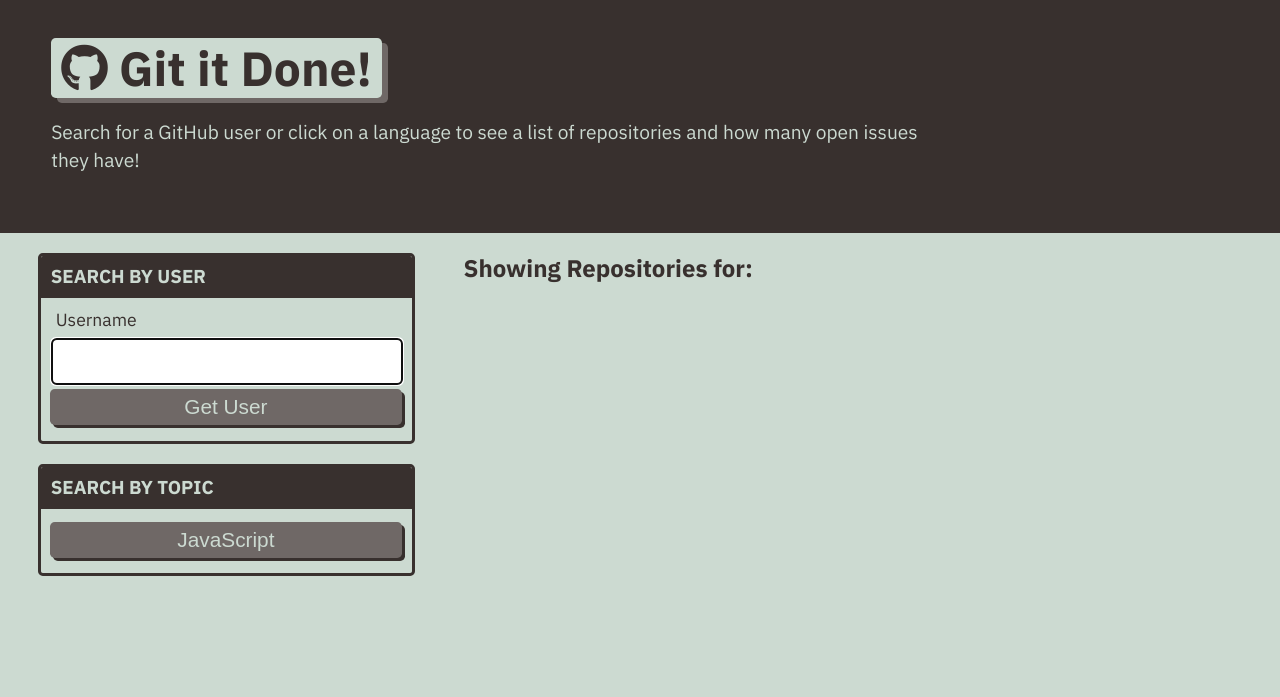
Repository: Brookethorson/git-it-done
Page: index.html
These files come from the project's save history. The page is drawn as it stood at one moment and after the next save; the edit follows.
The browser window is 1280 px wide. The pictures show the whole page.
Some web libraries are served in a nearby version.

Above is the page before, as saved 2021-09-04 17:42:14.

After the next save:
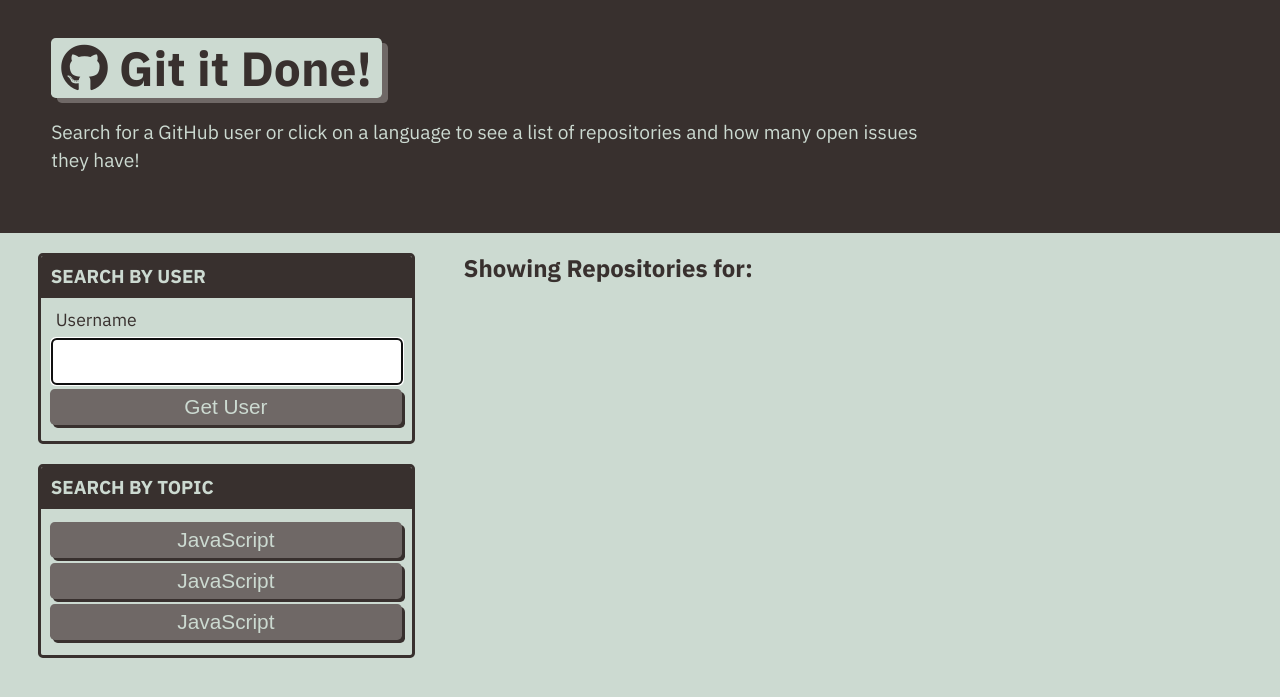
Saved 19 s later.
--- a/index.html
+++ b/index.html
@@ -35,6 +35,8 @@
         <h3 class="card-header text-uppercase">Search By Topic</h3>
         <div class="card-body" id="langauge-buttons">
           <button class="btn" data-language="javascript">JavaScript</button>
+          <button class="btn" data-language="javascript">JavaScript</button>
+          <button class="btn" data-language="javascript">JavaScript</button>
         </div>
       </div>
     </div>
